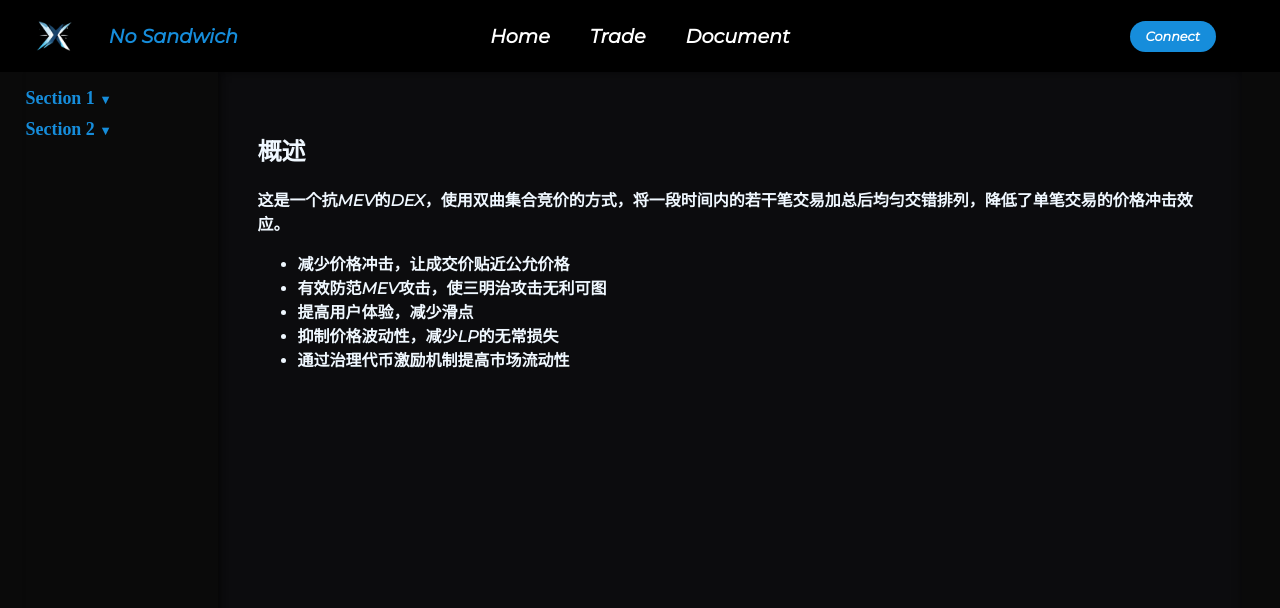
Repository: TreapGoGo/hackathon-2024-10-13
Page: /document/section/1/1 (app in Web/NoSandwichSwapPair_Web/)
The author's editor kept a copy of each file at every save. The page is drawn from the files as they stood at one save, then again after the next save.
The browser window is 1280 px wide. The pictures show the whole page.
An inner scrolling area shows only its first screen. The project was rebuilt for these pictures with package versions that can differ from the ones it lists, and the page was loaded fresh each time. Also part of the build but not shown: Web/NoSandwichSwapPair_Web/vite.config.js, Web/NoSandwichSwapPair_Web/src/components/documents/Subsection1_2.vue, Web/NoSandwichSwapPair_Web/src/components/documents/Subsection2_1.vue, Web/NoSandwichSwapPair_Web/src/components/documents/Subsection2_2.vue.

Above is the page before, as saved 2024-10-19 00:20:08.

After the next save:
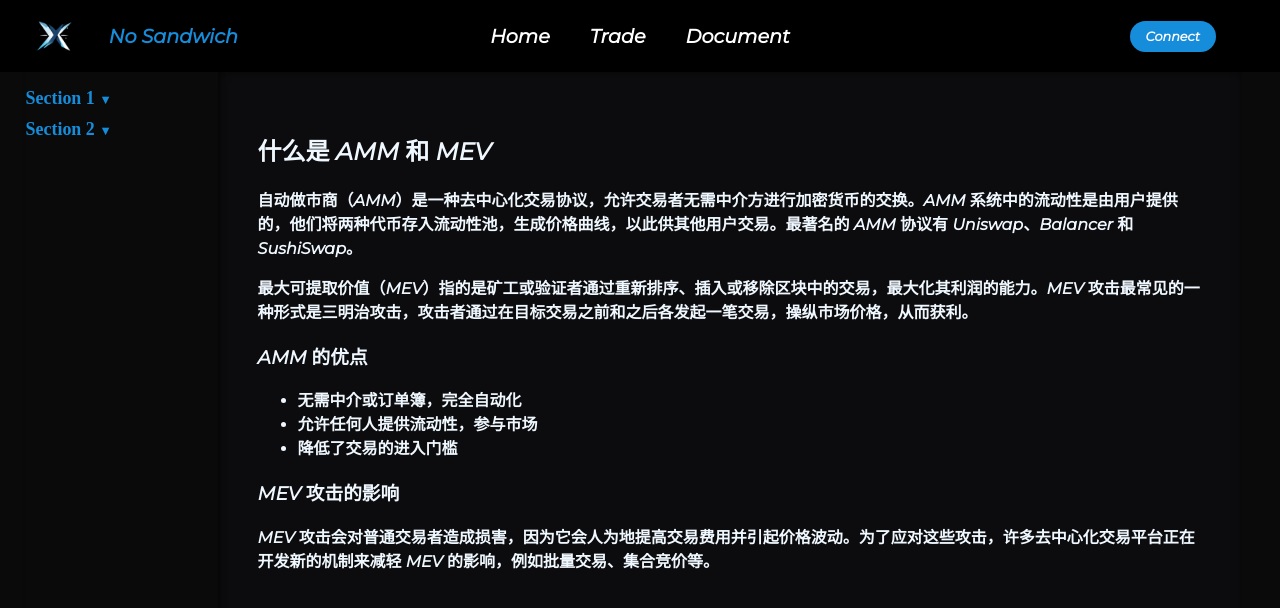
Saved 3 min 16 s later.
--- a/Web/NoSandwichSwapPair_Web/src/components/documents/Subsection1_1.vue
+++ b/Web/NoSandwichSwapPair_Web/src/components/documents/Subsection1_1.vue
@@ -1,20 +1,25 @@
 <template>
   <div>
-    <h2>概述</h2>
-    <p>这是一个抗MEV的DEX，使用双曲集合竞价的方式，将一段时间内的若干笔交易加总后均匀交错排列，降低了单笔交易的价格冲击效应。</p>
+    <h2>什么是 AMM 和 MEV</h2>
+    <p>自动做市商（AMM）是一种去中心化交易协议，允许交易者无需中介方进行加密货币的交换。AMM 系统中的流动性是由用户提供的，他们将两种代币存入流动性池，生成价格曲线，以此供其他用户交易。最著名的 AMM 协议有 Uniswap、Balancer 和 SushiSwap。</p>
+
+    <p>最大可提取价值（MEV）指的是矿工或验证者通过重新排序、插入或移除区块中的交易，最大化其利润的能力。MEV 攻击最常见的一种形式是三明治攻击，攻击者通过在目标交易之前和之后各发起一笔交易，操纵市场价格，从而获利。</p>
+
+    <h3>AMM 的优点</h3>
     <ul>
-      <li>减少价格冲击，让成交价贴近公允价格</li>
-      <li>有效防范MEV攻击，使三明治攻击无利可图</li>
-      <li>提高用户体验，减少滑点</li>
-      <li>抑制价格波动性，减少LP的无常损失</li>
-      <li>通过治理代币激励机制提高市场流动性</li>
+      <li>无需中介或订单簿，完全自动化</li>
+      <li>允许任何人提供流动性，参与市场</li>
+      <li>降低了交易的进入门槛</li>
     </ul>
+
+    <h3>MEV 攻击的影响</h3>
+    <p>MEV 攻击会对普通交易者造成损害，因为它会人为地提高交易费用并引起价格波动。为了应对这些攻击，许多去中心化交易平台正在开发新的机制来减轻 MEV 的影响，例如批量交易、集合竞价等。</p>
   </div>
 </template>
 
 <script>
 export default {
-  name: 'Overview',
+  name: 'GeneralConcepts',
 };
 </script>
 
